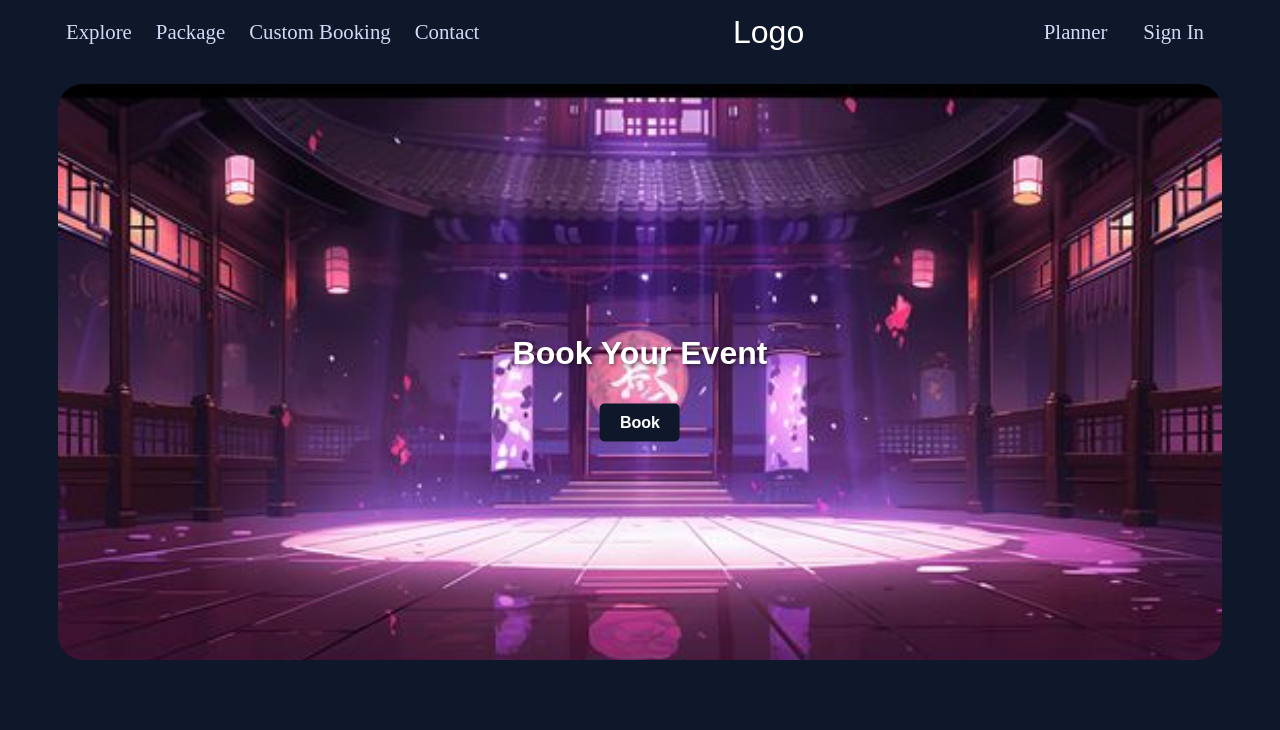
Repository: Demonster-01/Event-Management
Page: / (app in EventOrg/)
The author's editor kept a copy of each file at every save. The page is drawn from the files as they stood at one save, then again after the next save.
The browser window is 1280 px wide. The pictures show the whole page.
Some web fonts or font styles are not loaded; a fallback is used. The project was rebuilt for these pictures with package versions that can differ from the ones it lists, and the page was loaded fresh each time. Also part of the build but not shown: EventOrg/vite.config.js, EventOrg/src/components/Slideshow.jsx.

Above is the page before, as saved 2024-11-08 21:48:19.

### EventOrg/index.html
<!doctype html>
<html lang="en">
  <head>
    <meta charset="UTF-8" />
    <link rel="icon" type="image/svg+xml" href="/vite.svg" />
    <meta name="viewport" content="width=device-width, initial-scale=1.0" />
    <!-- <link
      href="https://fonts.googleapis.com/css2?family=Roboto:wght@400;700&display=swap"
      rel="stylesheet"> -->
    <link
      href="https://fonts.googleapis.com/css2?family=Oranienbaum&display=swap"
      rel="stylesheet">

    <title>Event Mialune</title>
  </head>
  <body>
    <div id="root"></div>
    <script type="module" src="/src/main.jsx"></script>
  </body>
</html>

### EventOrg/src/App.jsx
import { useState } from "react";

import "./App.css";

import Nav from "./components/Nav";
import Slider from "./components/Slider";
import Slideshow from "./components/Slideshow";
import Filter_service from "./components/Filter_service";

function App() {
  return (
    <div className="App">
      <Nav />
      <Slider />

      {/* <Slideshow /> */}
    </div>
  );
}

export default App;

### EventOrg/src/App.css
body {
  margin: 0;
  background-color: #0f172a; /* Default text color */
  font-family: "Arial", sans-serif; /* Optional, to set a base font family */
  min-height: 100vh; /* Ensure the background covers the entire screen */
}

### EventOrg/src/components/Nav.jsx
import styles from "../module_css/Nav.module.css";

export default function Nav() {
  return (
    <div className={styles.container}>
      <nav className={styles.navbar}>
        <ul className={styles.nav_list}>
          <li className={styles.nav_item}>Explore</li>
          <li className={styles.nav_item}>Package</li>
          <li className={styles.nav_item}>Custom Booking</li>
          <li className={styles.nav_item}>Contact</li>
        </ul>
      </nav>

      <div className={styles.logo}>Logo</div>
      <div className={styles.btngroup}>
        <button className={styles.btn}>Planner</button>
        <button className={styles.btn}>Sign In</button>
      </div>
    </div>
  );
}

### EventOrg/src/components/Slider.jsx
import React, { useState, useEffect } from "react";
import styles from "../module_css/Slider.module.css";

import image1 from "../assets/images/image.jpg";
import hallImage from "../assets/images/hall.jpg";
import image3 from "../assets/images/image.jpg";

import Filter_service from "./Filter_service";

export default function Slider() {
  const [currentImageIndex, setCurrentImageIndex] = useState(0);

  const images = [
    {
      url: image1,
      caption: (
        <div className={styles.sliderCaption}>
          <p>Get your Custom Booking</p>
          <button className={styles.button} onClick={() => alert("Booking...")}>
            Book
          </button>
        </div>
      ),
    },
    {
      url: hallImage,
      caption: (
        <div className={styles.sliderCaption}>
          <p>Book Your Event</p>
          <button className={styles.button} onClick={() => alert("Booking...")}>
            Book
          </button>
        </div>
      ),
    },
    {
      url: image3,
      caption: (
        <div className={styles.sliderCaption}>
          <p>Book Here</p>
          <button className={styles.button} onClick={() => alert("Booking...")}>
            Book
          </button>
        </div>
      ),
    },
  ];

  // Function to handle the next image in the slider
  const nextImage = () => {
    setCurrentImageIndex((prevIndex) => (prevIndex + 1) % images.length);
  };

  // Automatic slider every 3 seconds
  useEffect(() => {
    const interval = setInterval(nextImage, 3000);
    return () => clearInterval(interval); // Cleanup on component unmount
  }, []);

  return (
    <div className={styles.slider_container}>
      <div className={styles.image_slider}>
        <img
          src={images[currentImageIndex].url}
          alt="Slider Image"
          className={styles.slider_image}
        />
        <div className={styles.image_caption}>
          {images[currentImageIndex].caption}
        </div>
      </div>

      {/* Positioned Filter Service */}
    </div>
  );
}

### EventOrg/src/module_css/Nav.module.css
.container {
  display: flex;
  justify-content: space-between;
  align-items: center;
  margin-top: 10px;
  margin-bottom: 0px;
  padding: 0 1rem;
}

.navbar {
  color: #d2dbf5;
  font-size: 1.3rem;
  font-family: "Oranienbaum";
  margin-left: 50px;
}

.nav_list {
  display: flex;
  list-style-type: none;
  margin: 0;
  padding: 0;
}

.nav_item {
  margin-right: 1.5rem;
  color: 404a42;
  cursor: pointer;
}

.nav_item:hover,
.btn:hover {
  text-shadow: 2px 2px 5px rgba(238, 240, 233, 0.884);
  cursor: pointer;
  transition: color 0.3s ease;
}

.btngroup {
  display: flex;
  gap: 1rem;
  margin-right: 50px;
}

.btn {
  font-family: "Oranienbaum";
  font-size: 1.3rem;
  border: none;
  padding: 10px;
  background-color: transparent;
  color: #d2dbf5;
}

.logo {
  color: white;
  font-size: 2rem;
}

### EventOrg/src/module_css/Slider.module.css
/* Container for the slider */
.slider_container {
  margin: 30px 0;
  display: flex;
  justify-content: center;
  align-items: center;
  position: absolute;
  height: 80%;
  width: 100%;
  overflow: hidden;
}

/* Styling for the image and text inside the slider */
.image_slider {
  position: relative;
  width: 91%;
  height: 100%;
}

/* Image styling */
.slider_image {
  width: 100%;
  height: 100%;
  border-radius: 25px;
  object-fit: cover; /* Ensures the image covers the entire container */
  transition: opacity 0.5s ease; /* Smooth transition for image changes */
}

/* Text caption styling */
.image_caption {
  position: absolute;
  top: 50%;
  left: 50%;
  transform: translate(-50%, -50%);
  color: white;
  font-size: 2rem;
  font-weight: bold;
  text-shadow: 2px 2px 4px rgba(0, 0, 0, 0.5); /* Text shadow for better visibility */
}

.button {
  top: 50%;
  left: 40%;
  background-color: #0f172a; /* Primary color */
  color: #ffffff; /* Text color */
  border: none; /* Remove border */
  padding: 10px 20px; /* Button padding */
  font-size: 1rem; /* Font size */
  font-weight: bold; /* Make the text bold */
  border-radius: 5px; /* Rounded corners */
  cursor: pointer; /* Change cursor to pointer */
  transition: background-color 0.3s ease, transform 0.2s ease; /* Smooth transition */
}

.button:hover {
  background-color: #1d2c4e;
  transform: scale(1.05);
  outline: 2px solid #a04407;
}

/* .button:active {
  transform: scale(0.95);
  background-color: #004494;
} */

.sliderCaption {
  display: flex;
  flex-direction: column;
  justify-content: center;
  align-items: center;
  text-align: center;
}

/* Add styles for Filter_service to position it at the bottom */
.filter_service {
  position: absolute;
  bottom: 20px; /* Position it at the bottom of the slider */
  left: 50%;
  transform: translateX(-50%);
  width: 90%;
  max-width: 400px;
  padding: 10px;
  background-color: rgba(255, 255, 255, 0.8); /* Semi-transparent background */
  z-index: 2; /* Make sure it's on top of the image but below captions */
  border-radius: 8px; /* Optional for a rounded look */
  text-align: center;
}

### EventOrg/src/components/Filter_service.jsx
import styles from "../module_css/Nav.module.css";

export default function Filter_service() {
  return (
    <div className={styles.container}>
      <div>
        <button>Venue</button>
        <button>Decorations</button>
        <button>Services</button>
      </div>
      <span>Min Price</span>
      <span>Miax Price</span>
      <input type="text" placeholder="Search" />
    </div>
  );
}

Loaded but not shown: EventOrg/src/main.jsx (common file)

After the next save:
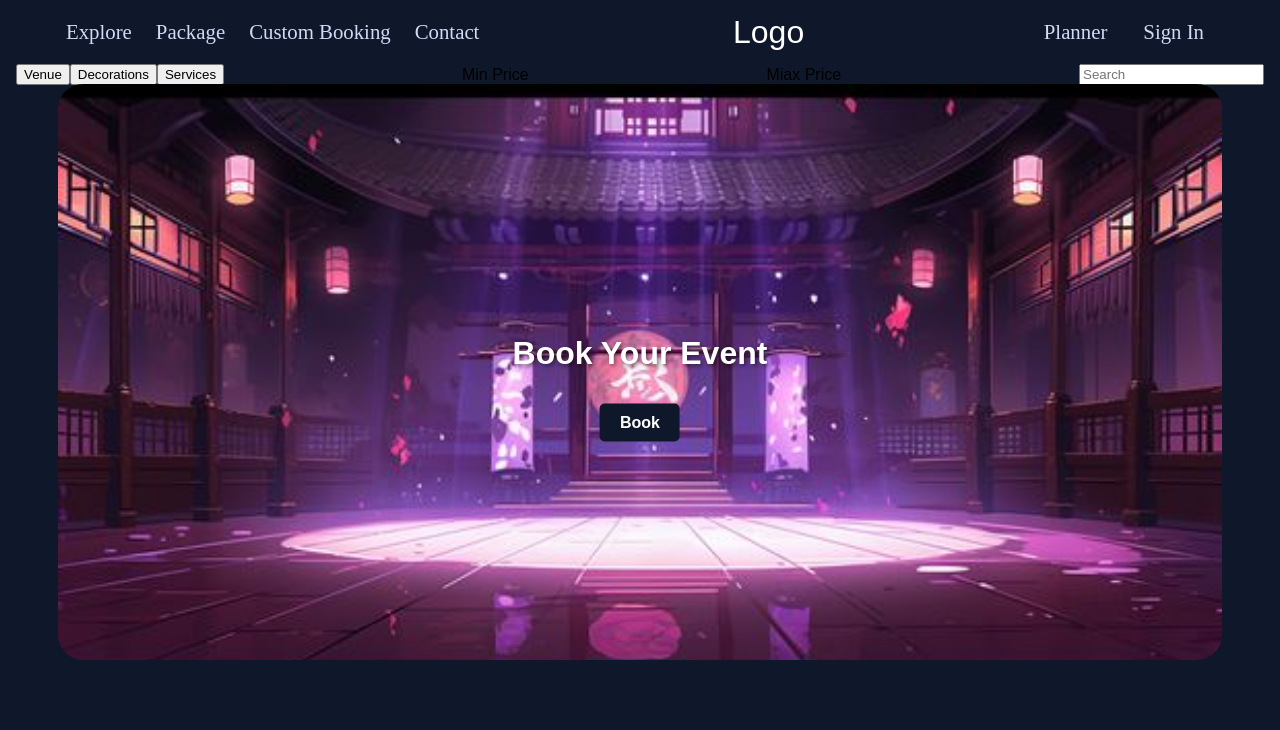
Saved 18 s later.
--- a/EventOrg/src/components/Slider.jsx
+++ b/EventOrg/src/components/Slider.jsx
@@ -58,19 +58,23 @@
   }, []);
 
   return (
-    <div className={styles.slider_container}>
-      <div className={styles.image_slider}>
-        <img
-          src={images[currentImageIndex].url}
-          alt="Slider Image"
-          className={styles.slider_image}
-        />
-        <div className={styles.image_caption}>
-          {images[currentImageIndex].caption}
+    <>
+      <div className={styles.slider_container}>
+        <div className={styles.image_slider}>
+          <img
+            src={images[currentImageIndex].url}
+            alt="Slider Image"
+            className={styles.slider_image}
+          />
+          <div className={styles.image_caption}>
+            {images[currentImageIndex].caption}
+          </div>
         </div>
+
+        {/* Positioned Filter Service */}
       </div>
 
-      {/* Positioned Filter Service */}
-    </div>
+      <Filter_service className={styles.filter_service} />
+    </>
   );
 }
